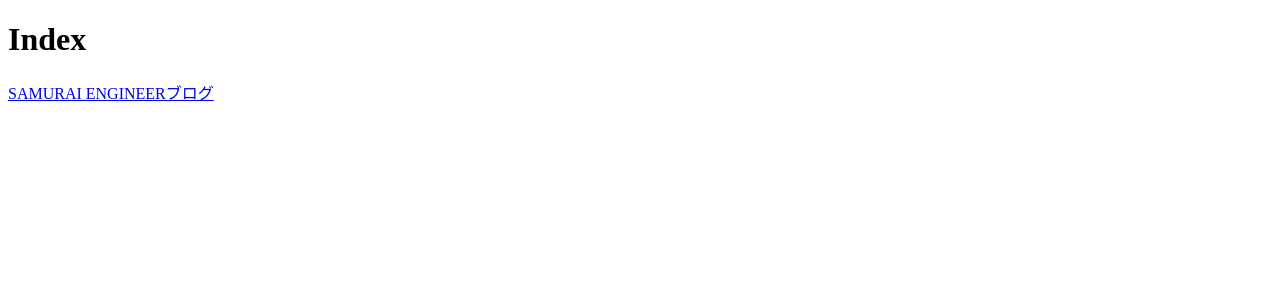
Repository: masaya28562/samurai_HTML-CSS
Page: index.html
The author's editor kept a record of every edit. The page is drawn from the files as they stood at one moment, then again after the next edit.
The browser window is 1280 px wide. The pictures show the whole page.

Above is the page before.

### index.html
<!DOCTYPE html>
<html lang="ja">
    <head>
        <style>
            a:hover {
                background-color: red;
            }

            a:active {
              background-color: yellow;
            }

            input:focus {
              background-color: green;
            }
        </style>
    </head>
    <body>
        <h1>Index</h1>
        <a href="https://www.sejuku.net/blog/">SAMURAI ENGINEERブログ</a>
    </body>
</html>

After the next edit:
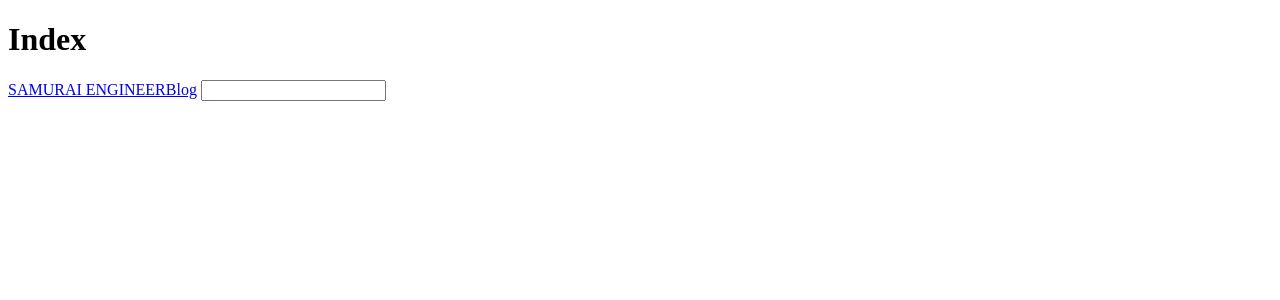
The edit:
--- a/index.html
+++ b/index.html
@@ -17,6 +17,7 @@
     </head>
     <body>
         <h1>Index</h1>
-        <a href="https://www.sejuku.net/blog/">SAMURAI ENGINEERブログ</a>
+        <a href="https://www.sejuku.net/blog/">SAMURAI ENGINEERBlog</a>
+        <input type="text"/>
     </body>
 </html>
